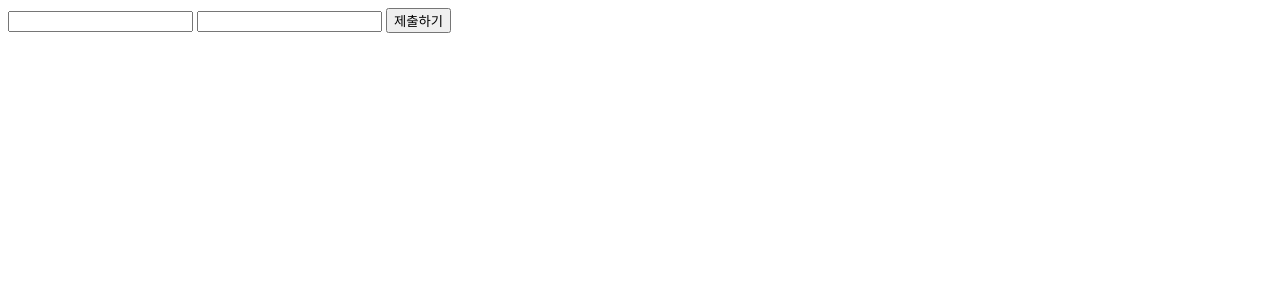
Repository: jungreul97/JavaSpring
Page: http://localhost/SpringBasic/dataForm
The author's editor kept a copy of each file at every save. The page is drawn from the files as they stood at one save, then again after the next save.
The browser window is 1280 px wide. The pictures show the whole page.
The page is served by Tomcat 9.

Above is the page before, as saved 2022-03-30 03:14:49.

After the next save:
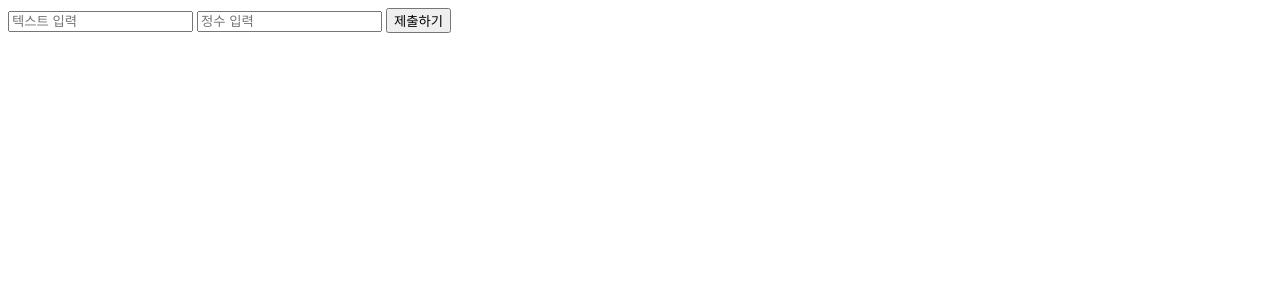
Saved 86 s later.
--- a/SpringBasic/src/main/webapp/WEB-INF/views/dataForm.jsp
+++ b/SpringBasic/src/main/webapp/WEB-INF/views/dataForm.jsp
@@ -8,8 +8,8 @@
 </head>
 <body>
 	<form action="http://localhost:8181/getData" action="post">
-		<input type = "text" name = "data1">
-		<input type = "number" name = "data2">
+		<input type = "text" name = "data1" placeholder = "텍스트 입력">
+		<input type = "number" name = "data2" placeholder = "정수 입력">
 		<input type = "submit" value = "제출하기">
 	</form>
 </body>
